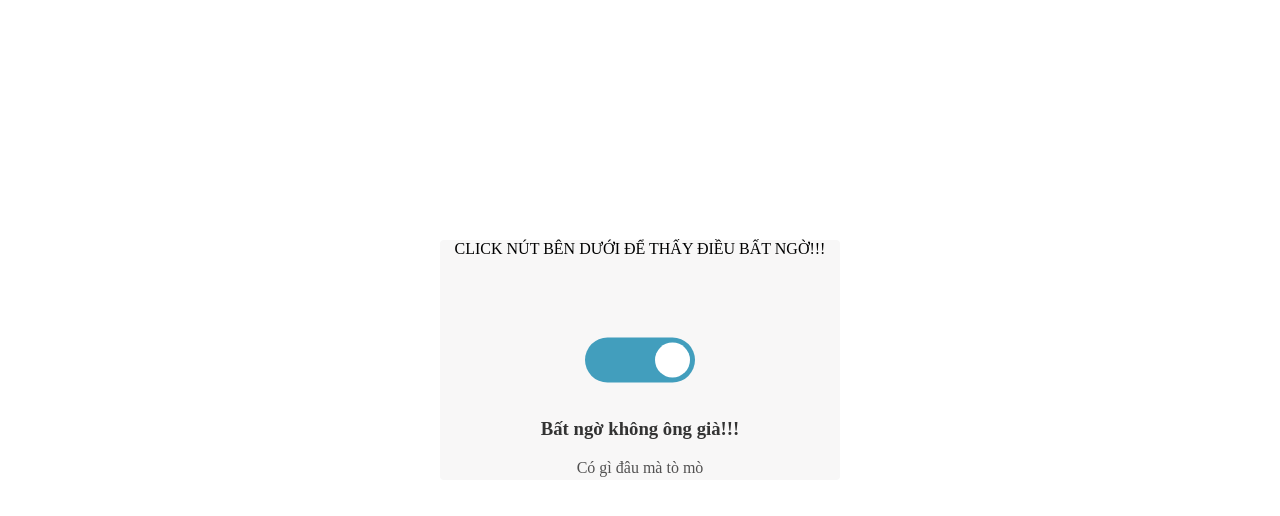
Repository: haokiet2501/troll-my-react
Page: /, after clicking the first element matching `div.toggle-center`
The author's editor kept a copy of each file at every save. The page is drawn from the files as they stood at one save, then again after a run of saves.
The browser window is 1280 px wide. The pictures show the whole page.
The project was rebuilt for these pictures with package versions that can differ from the ones it lists, and the page was loaded fresh each time.

Above is the page before, as saved 2022-07-30 23:15:08.

After the next 4 saves:
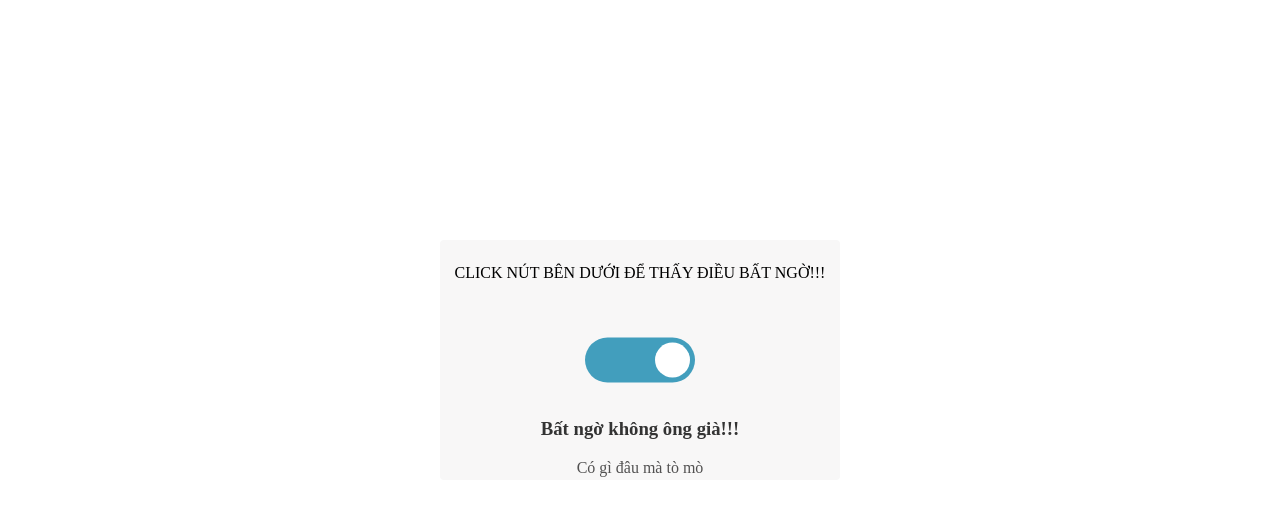
The 4 saves are shown as one change because they came seconds apart.
The last was saved 14 s later.
--- a/src/index.css
+++ b/src/index.css
@@ -51,6 +51,8 @@
 }
 
 .toggle-title {
+  position: relative;
+  top: 10%;
   text-transform: uppercase;
   display: flex;
   justify-content: center;
